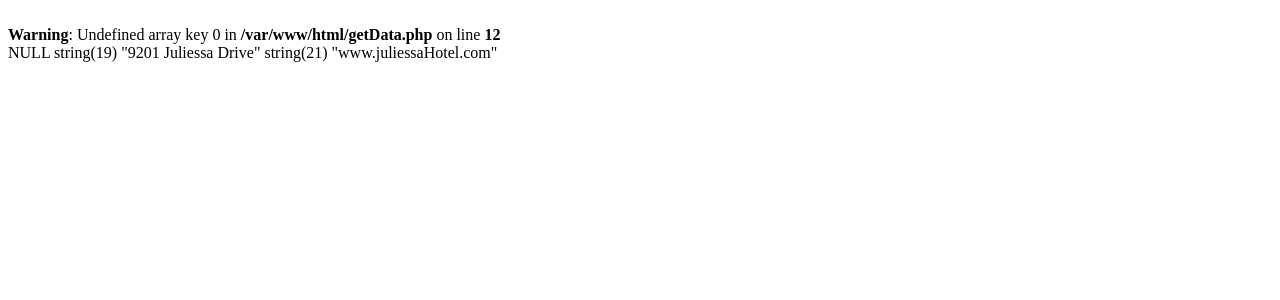
Repository: JulsR/Coding
Page: http://localhost/getData.php
The author's editor kept a copy of each file at every save. The page is drawn from the files as they stood at one save, then again after the next save.
The browser window is 1280 px wide. The pictures show the whole page.
The page is run by PHP 8.4 with error messages shown; the project is at /var/www/html/.

Above is the page before, as saved 2015-03-07 19:27:48.

After the next save:
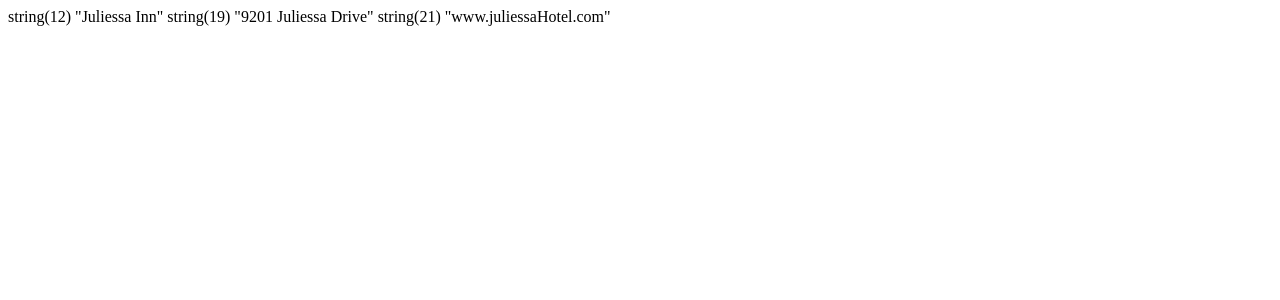
Saved 31 s later.
--- a/classProject/getData.php
+++ b/classProject/getData.php
@@ -8,8 +8,7 @@ $ht=HotelFactory::create();
 $hoteldata = $ht->getHotelArray();
 
 //using the new variable, $hoteldata, you can access the array elements by calling the key name.
-// var_dump($hoteldata["HotelName"]);
-var_dump($hoteldata['0']);
+var_dump($hoteldata["HotelName"]);
 
 var_dump($hoteldata["HotelAddress"]);
 
